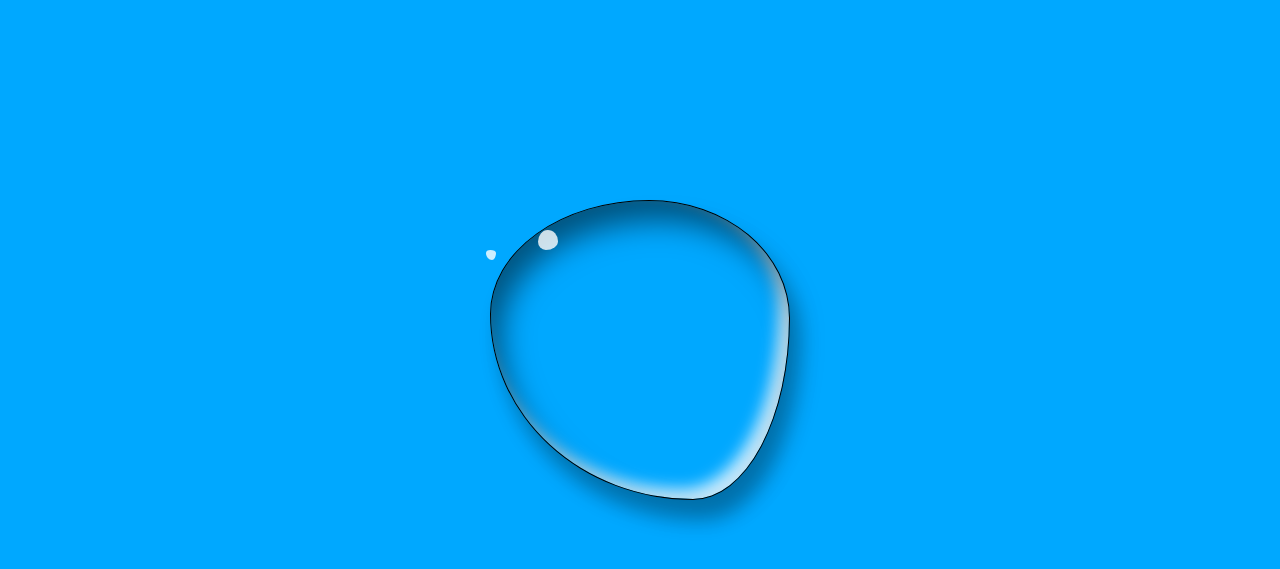
Repository: BlackCat328/CSS_Animation
Page: 52.水滴特效/demo.html
The author's editor kept a copy of each file at every save. The page is drawn from the files as they stood at one save, then again after a run of saves.
The browser window is 1280 px wide. The pictures show the whole page.

Above is the page before, as saved 2022-11-01 00:06:01.

### 52.水滴特效/demo.html
<!DOCTYPE html>
<html lang="en">

<head>
    <meta charset="UTF-8">
    <meta http-equiv="X-UA-Compatible" content="IE=edge">
    <meta name="viewport" content="width=device-width, initial-scale=1.0">
    <title>Document</title>
    <link rel="stylesheet" href="./demo.css">
</head>

<body>
    <div id="water"></div>
</body>

</html>

### 52.水滴特效/demo.css
* {
    margin: 0;
    padding: 0;
    box-sizing: border-box;
}

body {
    width: 100vw;
    height: 100vh;
    display: flex;
    justify-content: center;
    background-color: #00a8ff;
}

#water {
    margin-top: 200px;
    width: 300px;
    height: 300px;
    border: 1px solid;
    border-radius: 32% 68% 65% 35% / 35% 36% 64% 65%;
    box-shadow: inset 10px 20px 30px rgba(0, 0, 0, 0.5),
        10px 20px 20px rgba(0, 0, 0, 0.3),
        15px 15px 30px rgba(0, 0, 0, 0.05),
        inset -10px -10px 15px rgba(255, 255, 255, 0.8);
    animation: action 3s linear infinite alternate;
}

#water::after {
    content: '';
    width: 20px;
    height: 20px;
    position: absolute;
    top: 230px;
    left: 42%;
    background-color: rgba(255, 255, 255, 0.8);
    border-radius: 49% 51% 61% 39% / 59% 56% 44% 41%;
}

#water::before {
    content: '';
    width: 10px;
    height: 10px;
    position: absolute;
    top: 250px;
    left: 38%;
    background-color: rgba(255, 255, 255, 0.8);
    border-radius: 45% 55% 40% 60% / 30% 28% 72% 70%;
}

@keyframes action {
    25% {
        border-radius: 49% 51% 39% 61% / 29% 24% 76% 71%;
    }

    50% {
        border-radius: 61% 39% 19% 81% / 56% 70% 30% 44%;
    }

    75% {
        border-radius: 50% 50% 42% 58% / 56% 51% 49% 44%;
    }

    100% {
        border-radius: 37% 63% 63% 37% / 39% 46% 54% 61%;
    }
}

After the next 2 saves:
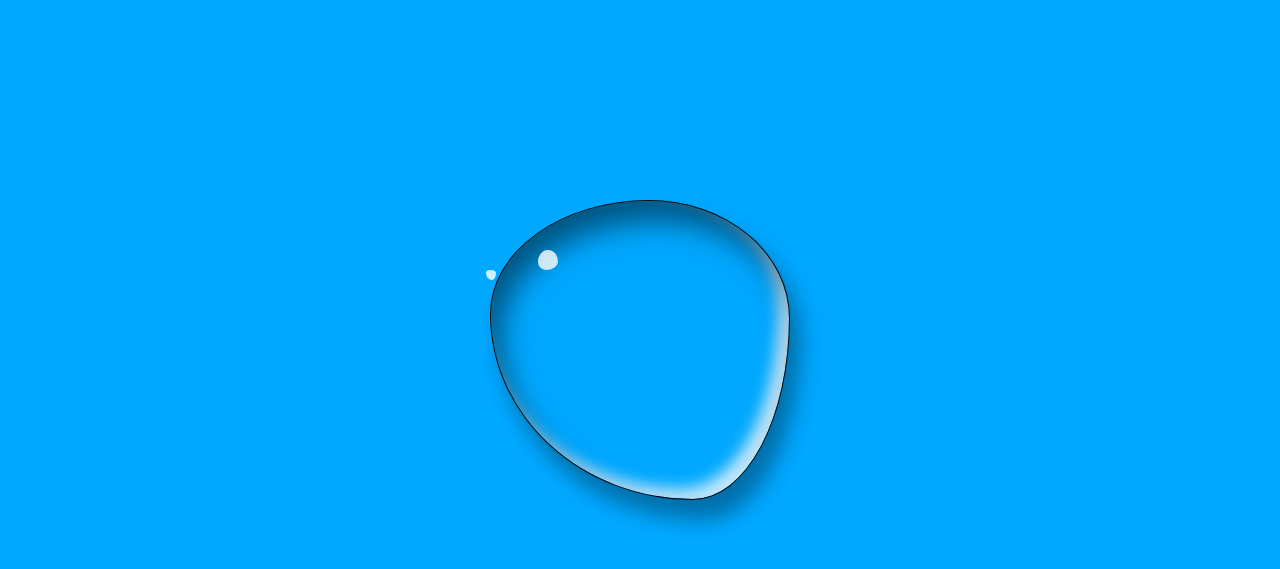
The 2 saves are shown as one change because they came seconds apart.
The last was saved 11 s later.
--- a/52.水滴特效/demo.css
+++ b/52.水滴特效/demo.css
@@ -30,7 +30,7 @@ body {
     width: 20px;
     height: 20px;
     position: absolute;
-    top: 230px;
+    top: 250px;
     left: 42%;
     background-color: rgba(255, 255, 255, 0.8);
     border-radius: 49% 51% 61% 39% / 59% 56% 44% 41%;
@@ -41,7 +41,7 @@ body {
     width: 10px;
     height: 10px;
     position: absolute;
-    top: 250px;
+    top: 270px;
     left: 38%;
     background-color: rgba(255, 255, 255, 0.8);
     border-radius: 45% 55% 40% 60% / 30% 28% 72% 70%;
